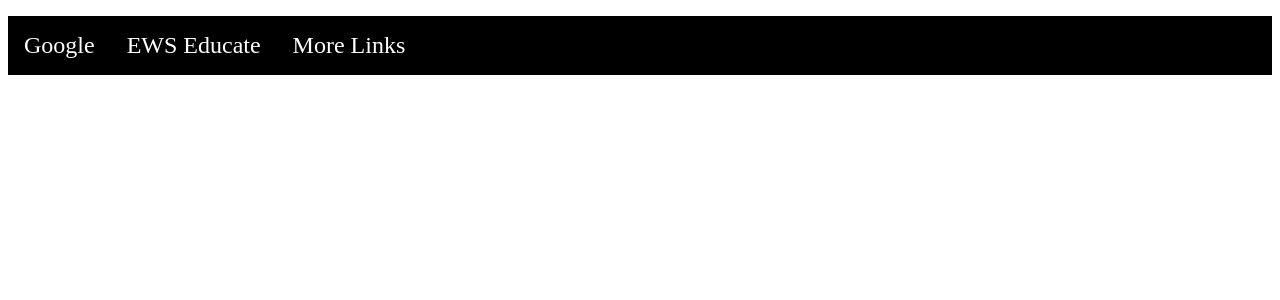
Repository: GiangNguyen2805/GiangNguyen2805.github.io
Page: index.html
The author's editor kept a record of every edit. The page is drawn from the files as they stood at one moment, then again after the next edit.
The browser window is 1280 px wide. The pictures show the whole page.

Above is the page before.

After the next edit:
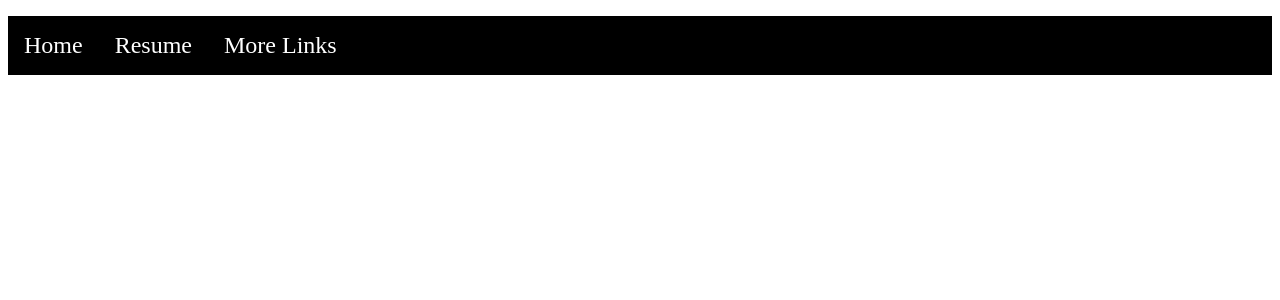
The edit:
--- a/index.html
+++ b/index.html
@@ -43,8 +43,8 @@
 <body>
 
 <ul class="navbar">
-<li><a href="https://www.google.com">Google</a></li>
-<li><a href="https://www.awseducate.com">EWS Educate</a></li>
+<li><a href="https://www.google.com">Home</a></li>
+<li><a href="https://www.awseducate.com">Resume</a></li>
 <li class="dropdown">
     <div>More Links</div>
     <ul class="dropdown-content">
